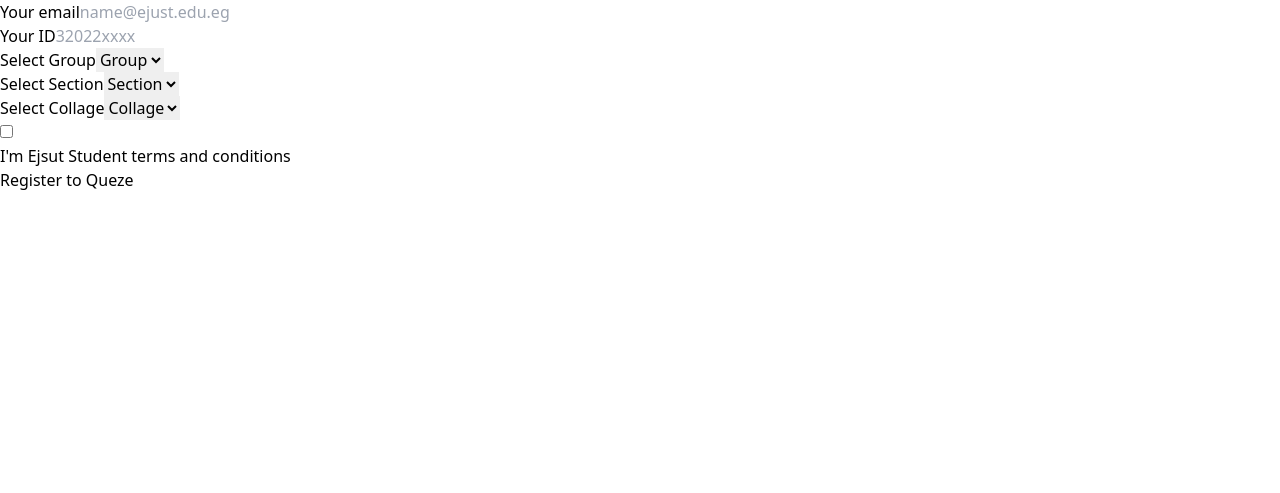
Repository: AbdalrahmanEldeep/FIBOTIC
Page: /
The author's editor kept a copy of each file at every save. The page is drawn from the files as they stood at one save, then again after the next save.
The browser window is 1280 px wide. The pictures show the whole page.
The project was rebuilt for these pictures with package versions that can differ from the ones it lists, and the page was loaded fresh each time. Also part of the build but not shown: vite.config.js, src/pages/protecter.jsx, src/pages/exame.jsx.

Above is the page before, as saved 2023-01-06 22:46:42.

### index.html
<!DOCTYPE html>
<html lang="en">
  <head>
    <meta charset="UTF-8" />
    <link rel="icon" type="image/svg+xml" href="/vite.svg" />
    <meta name="viewport" content="width=device-width, initial-scale=1.0" />
    <title>FIBO</title>
    <!-- Tailwindcss -->
    <link rel="stylesheet" href="/src/global/app.css">
  </head>
  <body>
    <div id="root"></div>
    <script type="module" src="/src/main.jsx"></script>
  </body>
</html>

### src/global/app.css
/*
! tailwindcss v3.2.4 | MIT License | https://tailwindcss.com
*/

/*
1. Prevent padding and border from affecting element width. (https://github.com/mozdevs/cssremedy/issues/4)
2. Allow adding a border to an element by just adding a border-width. (https://github.com/tailwindcss/tailwindcss/pull/116)
*/

*,
::before,
::after {
  box-sizing: border-box;
  /* 1 */
  border-width: 0;
  /* 2 */
  border-style: solid;
  /* 2 */
  border-color: #e5e7eb;
  /* 2 */
}

::before,
::after {
  --tw-content: '';
}

/*
1. Use a consistent sensible line-height in all browsers.
2. Prevent adjustments of font size after orientation changes in iOS.
3. Use a more readable tab size.
4. Use the user's configured `sans` font-family by default.
5. Use the user's configured `sans` font-feature-settings by default.
*/

html {
  line-height: 1.5;
  /* 1 */
  -webkit-text-size-adjust: 100%;
  /* 2 */
  -moz-tab-size: 4;
  /* 3 */
  -o-tab-size: 4;
     tab-size: 4;
  /* 3 */
  font-family: ui-sans-serif, system-ui, -apple-system, BlinkMacSystemFont, "Segoe UI", Roboto, "Helvetica Neue", Arial, "Noto Sans", sans-serif, "Apple Color Emoji", "Segoe UI Emoji", "Segoe UI Symbol", "Noto Color Emoji";
  /* 4 */
  font-feature-settings: normal;
  /* 5 */
}

/*
1. Remove the margin in all browsers.
2. Inherit line-height from `html` so users can set them as a class directly on the `html` element.
*/

body {
  margin: 0;
  /* 1 */
  line-height: inherit;
  /* 2 */
}

/*
1. Add the correct height in Firefox.
2. Correct the inheritance of border color in Firefox. (https://bugzilla.mozilla.org/show_bug.cgi?id=190655)
3. Ensure horizontal rules are visible by default.
*/

hr {
  height: 0;
  /* 1 */
  color: inherit;
  /* 2 */
  border-top-width: 1px;
  /* 3 */
}

/*
Add the correct text decoration in Chrome, Edge, and Safari.
*/

abbr:where([title]) {
  -webkit-text-decoration: underline dotted;
          text-decoration: underline dotted;
}

/*
Remove the default font size and weight for headings.
*/

h1,
h2,
h3,
h4,
h5,
h6 {
  font-size: inherit;
  font-weight: inherit;
}

/*
Reset links to optimize for opt-in styling instead of opt-out.
*/

a {
  color: inherit;
  text-decoration: inherit;
}

/*
Add the correct font weight in Edge and Safari.
*/

b,
strong {
  font-weight: bolder;
}

/*
1. Use the user's configured `mono` font family by default.
2. Correct the odd `em` font sizing in all browsers.
*/

code,
kbd,
samp,
pre {
  font-family: ui-monospace, SFMono-Regular, Menlo, Monaco, Consolas, "Liberation Mono", "Courier New", monospace;
  /* 1 */
  font-size: 1em;
  /* 2 */
}

/*
Add the correct font size in all browsers.
*/

small {
  font-size: 80%;
}

/*
Prevent `sub` and `sup` elements from affecting the line height in all browsers.
*/

sub,
sup {
  font-size: 75%;
  line-height: 0;
  position: relative;
  vertical-align: baseline;
}

sub {
  bottom: -0.25em;
}

sup {
  top: -0.5em;
}

/*
1. Remove text indentation from table contents in Chrome and Safari. (https://bugs.chromium.org/p/chromium/issues/detail?id=999088, https://bugs.webkit.org/show_bug.cgi?id=201297)
2. Correct table border color inheritance in all Chrome and Safari. (https://bugs.chromium.org/p/chromium/issues/detail?id=935729, https://bugs.webkit.org/show_bug.cgi?id=195016)
3. Remove gaps between table borders by default.
*/

table {
  text-indent: 0;
  /* 1 */
  border-color: inherit;
  /* 2 */
  border-collapse: collapse;
  /* 3 */
}

/*
1. Change the font styles in all browsers.
2. Remove the margin in Firefox and Safari.
3. Remove default padding in all browsers.
*/

button,
input,
optgroup,
select,
textarea {
  font-family: inherit;
  /* 1 */
  font-size: 100%;
  /* 1 */
  font-weight: inherit;
  /* 1 */
  line-height: inherit;
  /* 1 */
  color: inherit;
  /* 1 */
  margin: 0;
  /* 2 */
  padding: 0;
  /* 3 */
}

/*
Remove the inheritance of text transform in Edge and Firefox.
*/

button,
select {
  text-transform: none;
}

/*
1. Correct the inability to style clickable types in iOS and Safari.
2. Remove default button styles.
*/

button,
[type='button'],
[type='reset'],
[type='submit'] {
  -webkit-appearance: button;
  /* 1 */
  background-color: transparent;
  /* 2 */
  background-image: none;
  /* 2 */
}

/*
Use the modern Firefox focus style for all focusable elements.
*/

:-moz-focusring {
  outline: auto;
}

/*
Remove the additional `:invalid` styles in Firefox. (https://github.com/mozilla/gecko-dev/blob/2f9eacd9d3d995c937b4251a5557d95d494c9be1/layout/style/res/forms.css#L728-L737)
*/

:-moz-ui-invalid {
  box-shadow: none;
}

/*
Add the correct vertical alignment in Chrome and Firefox.
*/

progress {
  vertical-align: baseline;
}

/*
Correct the cursor style of increment and decrement buttons in Safari.
*/

::-webkit-inner-spin-button,
::-webkit-outer-spin-button {
  height: auto;
}

/*
1. Correct the odd appearance in Chrome and Safari.
2. Correct the outline style in Safari.
*/

[type='search'] {
  -webkit-appearance: textfield;
  /* 1 */
  outline-offset: -2px;
  /* 2 */
}

/*
Remove the inner padding in Chrome and Safari on macOS.
*/

::-webkit-search-decoration {
  -webkit-appearance: none;
}

/*
1. Correct the inability to style clickable types in iOS and Safari.
2. Change font properties to `inherit` in Safari.
*/

::-webkit-file-upload-button {
  -webkit-appearance: button;
  /* 1 */
  font: inherit;
  /* 2 */
}

/*
Add the correct display in Chrome and Safari.
*/

summary {
  display: list-item;
}

/*
Removes the default spacing and border for appropriate elements.
*/

blockquote,
dl,
dd,
h1,
h2,
h3,
h4,
h5,
h6,
hr,
figure,
p,
pre {
  margin: 0;
}

fieldset {
  margin: 0;
  padding: 0;
}

legend {
  padding: 0;
}

ol,
ul,
menu {
  list-style: none;
  margin: 0;
  padding: 0;
}

/*
Prevent resizing textareas horizontally by default.
*/

textarea {
  resize: vertical;
}

/*
1. Reset the default placeholder opacity in Firefox. (https://github.com/tailwindlabs/tailwindcss/issues/3300)
2. Set the default placeholder color to the user's configured gray 400 color.
*/

input::-moz-placeholder, textarea::-moz-placeholder {
  opacity: 1;
  /* 1 */
  color: #9ca3af;
  /* 2 */
}

input::placeholder,
textarea::placeholder {
  opacity: 1;
  /* 1 */
  color: #9ca3af;
  /* 2 */
}

/*
Set the default cursor for buttons.
*/

button,
[role="button"] {
  cursor: pointer;
}

/*
Make sure disabled buttons don't get the pointer cursor.
*/

:disabled {
  cursor: default;
}

/*
1. Make replaced elements `display: block` by default. (https://github.com/mozdevs/cssremedy/issues/14)
2. Add `vertical-align: middle` to align replaced elements more sensibly by default. (https://github.com/jensimmons/cssremedy/issues/14#issuecomment-634934210)
   This can trigger a poorly considered lint error in some tools but is included by design.
*/

img,
svg,
video,
canvas,
audio,
iframe,
embed,
object {
  display: block;
  /* 1 */
  vertical-align: middle;
  /* 2 */
}

/*
Constrain images and videos to the parent width and preserve their intrinsic aspect ratio. (https://github.com/mozdevs/cssremedy/issues/14)
*/

img,
video {
  max-width: 100%;
  height: auto;
}

/* Make elements with the HTML hidden attribute stay hidden by default */

[hidden] {
  display: none;
}

*, ::before, ::after {
  --tw-border-spacing-x: 0;
  --tw-border-spacing-y: 0;
  --tw-translate-x: 0;
  --tw-translate-y: 0;
  --tw-rotate: 0;
  --tw-skew-x: 0;
  --tw-skew-y: 0;
  --tw-scale-x: 1;
  --tw-scale-y: 1;
  --tw-pan-x:  ;
  --tw-pan-y:  ;
  --tw-pinch-zoom:  ;
  --tw-scroll-snap-strictness: proximity;
  --tw-ordinal:  ;
  --tw-slashed-zero:  ;
  --tw-numeric-figure:  ;
  --tw-numeric-spacing:  ;
  --tw-numeric-fraction:  ;
  --tw-ring-inset:  ;
  --tw-ring-offset-width: 0px;
  --tw-ring-offset-color: #fff;
  --tw-ring-color: rgb(59 130 246 / 0.5);
  --tw-ring-offset-shadow: 0 0 #0000;
  --tw-ring-shadow: 0 0 #0000;
  --tw-shadow: 0 0 #0000;
  --tw-shadow-colored: 0 0 #0000;
  --tw-blur:  ;
  --tw-brightness:  ;
  --tw-contrast:  ;
  --tw-grayscale:  ;
  --tw-hue-rotate:  ;
  --tw-invert:  ;
  --tw-saturate:  ;
  --tw-sepia:  ;
  --tw-drop-shadow:  ;
  --tw-backdrop-blur:  ;
  --tw-backdrop-brightness:  ;
  --tw-backdrop-contrast:  ;
  --tw-backdrop-grayscale:  ;
  --tw-backdrop-hue-rotate:  ;
  --tw-backdrop-invert:  ;
  --tw-backdrop-opacity:  ;
  --tw-backdrop-saturate:  ;
  --tw-backdrop-sepia:  ;
}

::backdrop {
  --tw-border-spacing-x: 0;
  --tw-border-spacing-y: 0;
  --tw-translate-x: 0;
  --tw-translate-y: 0;
  --tw-rotate: 0;
  --tw-skew-x: 0;
  --tw-skew-y: 0;
  --tw-scale-x: 1;
  --tw-scale-y: 1;
  --tw-pan-x:  ;
  --tw-pan-y:  ;
  --tw-pinch-zoom:  ;
  --tw-scroll-snap-strictness: proximity;
  --tw-ordinal:  ;
  --tw-slashed-zero:  ;
  --tw-numeric-figure:  ;
  --tw-numeric-spacing:  ;
  --tw-numeric-fraction:  ;
  --tw-ring-inset:  ;
  --tw-ring-offset-width: 0px;
  --tw-ring-offset-color: #fff;
  --tw-ring-color: rgb(59 130 246 / 0.5);
  --tw-ring-offset-shadow: 0 0 #0000;
  --tw-ring-shadow: 0 0 #0000;
  --tw-shadow: 0 0 #0000;
  --tw-shadow-colored: 0 0 #0000;
  --tw-blur:  ;
  --tw-brightness:  ;
  --tw-contrast:  ;
  --tw-grayscale:  ;
  --tw-hue-rotate:  ;
  --tw-invert:  ;
  --tw-saturate:  ;
  --tw-sepia:  ;
  --tw-drop-shadow:  ;
  --tw-backdrop-blur:  ;
  --tw-backdrop-brightness:  ;
  --tw-backdrop-contrast:  ;
  --tw-backdrop-grayscale:  ;
  --tw-backdrop-hue-rotate:  ;
  --tw-backdrop-invert:  ;
  --tw-backdrop-opacity:  ;
  --tw-backdrop-saturate:  ;
  --tw-backdrop-sepia:  ;
}

### src/main.jsx
import ReactDOM  from "react-dom/client";
import { Root } from "./router/Root";
import 'flowbite';

const root = ReactDOM.createRoot(document.querySelector("#root"));

root.render(
  <Root/>
)

### src/router/Root.jsx
import React from 'react'
import { BrowserRouter, Route, Routes } from 'react-router-dom'
import Home from '../pages/home'
import Protecter from '../pages/protecter'
import Aboute from '../pages/exame'

export const Root = () => {
  return (
    <BrowserRouter>
        <Routes>
            <Route path="/" element={<Protecter statuse={true}><Home/></Protecter>}/>
            <Route path="/exame" element={<Protecter statuse={true}><Aboute/></Protecter>}/>
        </Routes>
    </BrowserRouter>
  )
}

### src/pages/home.jsx
import React from 'react'
import styled from 'styled-components'
import { Form } from '../components/Form'

const Container = styled.div`

  position: fixed;
  top: 50%;
  left: 50%;
  transform: translate(-50%,-50%);

`

export default function Home() {
  return (
    <>
      <Form/>
    </>
  )
}

### src/components/Form.jsx
import React from 'react'

export const Form = () => {
  return (

        <form>
            <div className="mb-6">
                <label htmlFor="email" className="block mb-2 text-sm font-medium text-gray-900 dark:text-white">Your email</label>
                <input type="email" id="email" className="shadow-sm bg-gray-50 border border-gray-300 text-gray-900 text-sm rounded focus:ring-blue-500 focus:border-blue-500 block w-full p-2.5 dark:bg-gray-700 dark:border-gray-600 dark:placeholder-gray-400 dark:text-white dark:focus:ring-blue-500 dark:focus:border-blue-500 dark:shadow-sm-light" placeholder="name@ejust.edu.eg" required />
            </div>
            <div className="mb-6">
                <label htmlFor="stdid" className="block mb-2 text-sm font-medium text-gray-900 dark:text-white">Your ID</label>
                <input type="text" id="stdid" placeholder='32022xxxx' className="shadow-sm bg-gray-50 border border-gray-300 text-gray-900 text-sm rounded focus:ring-blue-500 focus:border-blue-500 block w-full p-2.5 dark:bg-gray-700 dark:border-gray-600 dark:placeholder-gray-400 dark:text-white dark:focus:ring-blue-500 dark:focus:border-blue-500 dark:shadow-sm-light" required />
            </div>
            <div className="flex flex-col gap-2 items-start mb-6">
                <label htmlFor="countries" className="block mb-2 text-sm font-medium text-gray-900 dark:text-white">Select Group</label>
                <select id="countries" className="bg-gray-50 border border-gray-300 text-gray-900 text-sm rounded focus:ring-blue-500 focus:border-blue-500 block w-full p-2.5 dark:bg-gray-700 dark:border-gray-600 dark:placeholder-gray-400 dark:text-white dark:focus:ring-blue-500 dark:focus:border-blue-500">
                    <option selected>Group</option>
                    <option value="US">G1</option>
                    <option value="CA">G2</option>
                    <option value="FR">G3</option>
                    <option value="DE">G4</option>
                </select>
            </div>
            <div className="flex flex-col gap-2 items-start mb-6">
                <label htmlFor="countries" className="block mb-2 text-sm font-medium text-gray-900 dark:text-white">Select Section</label>
                <select id="countries" className="bg-gray-50 border border-gray-300 text-gray-900 text-sm rounded focus:ring-blue-500 focus:border-blue-500 block w-full p-2.5 dark:bg-gray-700 dark:border-gray-600 dark:placeholder-gray-400 dark:text-white dark:focus:ring-blue-500 dark:focus:border-blue-500">
                    <option selected>Section</option>
                    <option value="1">S1</option>
                    <option value="2">S2</option>
                    <option value="3">S3</option>
                </select>
            </div>
            <div className="flex flex-col gap-2 items-start mb-6">
                <label htmlFor="countries" className="block mb-2 text-sm font-medium text-gray-900 dark:text-white">Select Collage</label>
                <select id="countries" className="bg-gray-50 border border-gray-300 text-gray-900 text-sm rounded focus:ring-blue-500 focus:border-blue-500 block w-full p-2.5 dark:bg-gray-700 dark:border-gray-600 dark:placeholder-gray-400 dark:text-white dark:focus:ring-blue-500 dark:focus:border-blue-500">
                    <option selected>Collage</option>
                    <option value="1">CSIT</option>
                </select>
            </div>
            <div className="flex items-start mb-6">
                <div className="flex items-center h-5">
                <input id="terms" type="checkbox" value="" className="w-4 h-4 border border-gray-300 rounded bg-gray-50 focus:ring-3 focus:ring-blue-300 dark:bg-gray-700 dark:border-gray-600 dark:focus:ring-blue-600 dark:ring-offset-gray-800" required />
                </div>
                <label htmlFor="terms" className="ml-2 text-sm font-medium text-gray-900 dark:text-gray-300">I'm Ejsut Student  <a href="#" className="text-blue-600 hover:underline dark:text-blue-500">terms and conditions</a></label>
            </div>
            <button type="submit" className="text-white bg-blue-700 hover:bg-blue-800 focus:ring-4 focus:outline-none focus:ring-blue-300 font-medium rounded text-sm px-5 py-2.5 text-center dark:bg-blue-600 dark:hover:bg-blue-700 dark:focus:ring-blue-800">Register to Queze</button>
        </form>


  )
}

After the next save:
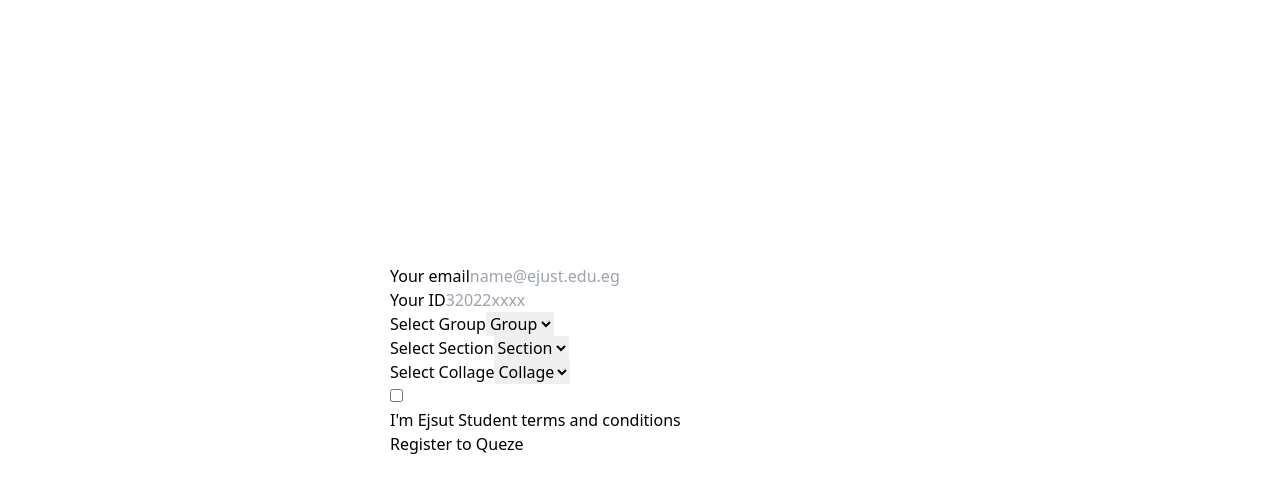
Saved 19 s later.
--- a/src/pages/home.jsx
+++ b/src/pages/home.jsx
@@ -8,13 +8,16 @@ const Container = styled.div`
   top: 50%;
   left: 50%;
   transform: translate(-50%,-50%);
+  width: 500px;
 
 `
 
 export default function Home() {
   return (
     <>
+    <Container>
       <Form/>
+    </Container>
     </>
   )
 }
